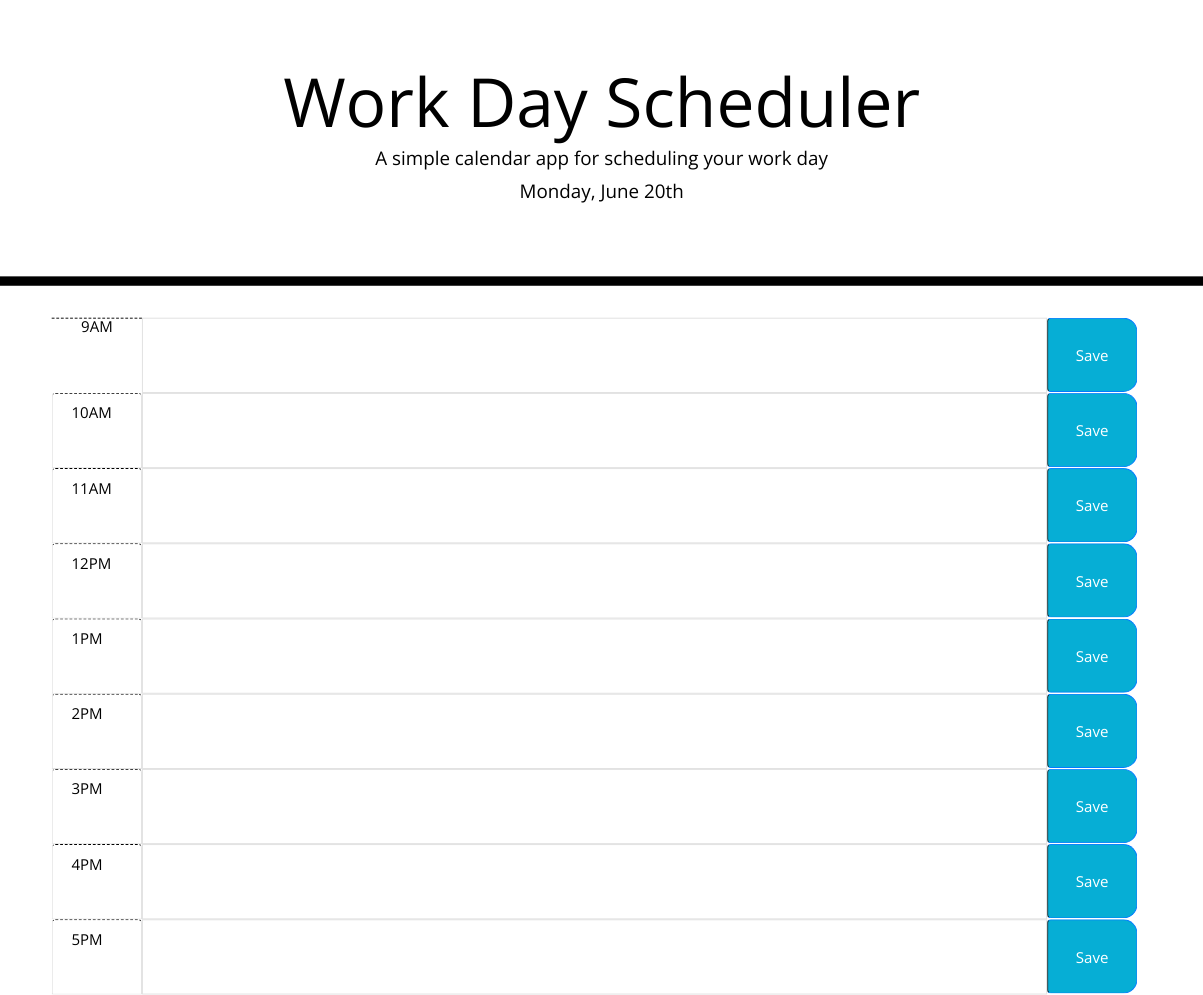
Repository: dtierney21/work-day-scheduler
Page: index.html
An editor plug-in stored every save of this project. The page is shown before and after the next save, followed by the edit.
The browser window is 1280 px wide. The pictures show the whole page, at 94% of full size.
Some web libraries are served in a nearby version.

Above is the page before, as saved 2022-06-28 14:24:34.

After the next save:
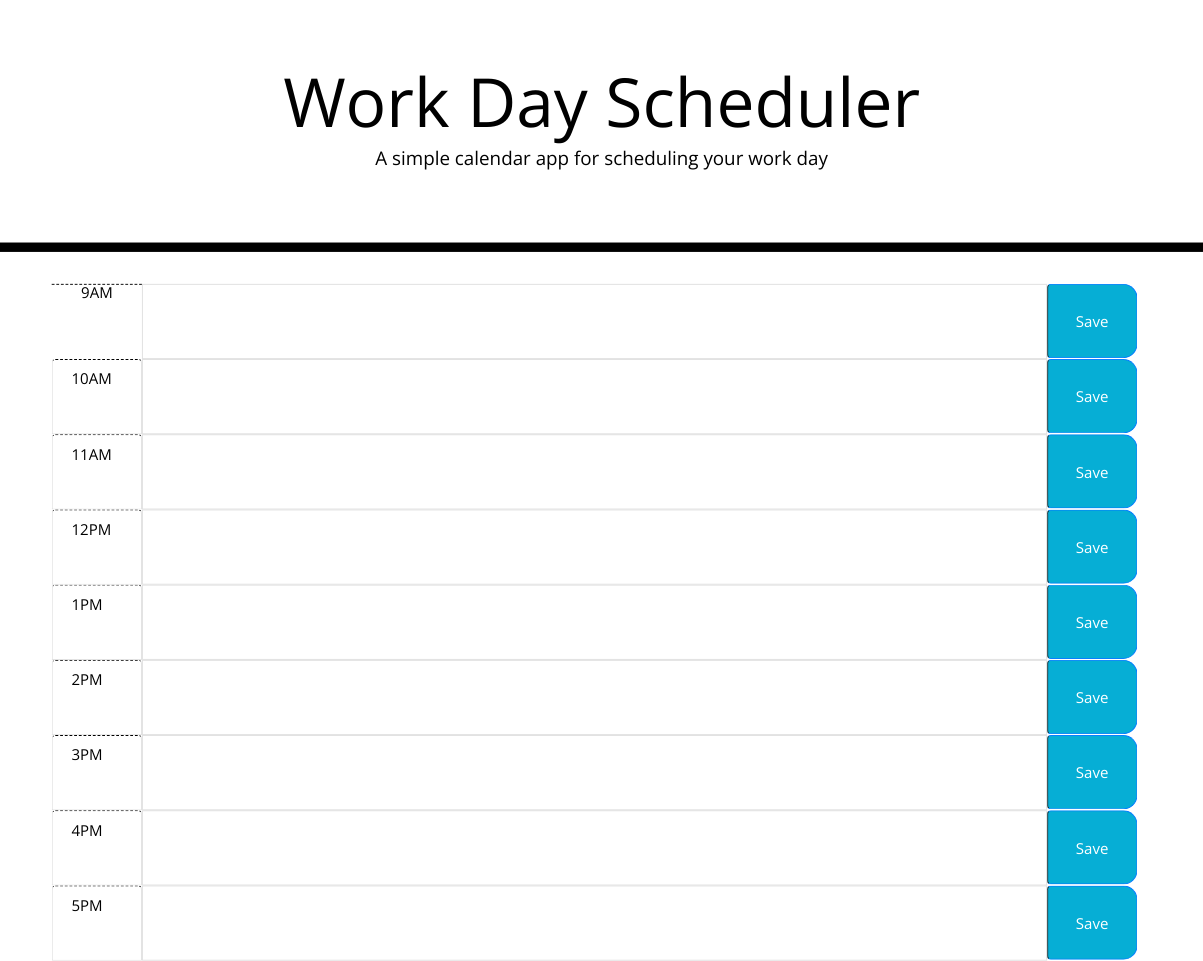
Console error: SyntaxError: Unexpected end of input
Saved 9 min 2 s later.
--- a/assets/js/script.js
+++ b/assets/js/script.js
@@ -1,8 +1,14 @@
 var now = moment();
 console.log(now);
+
+var currentHour = moment().format('HH');
+console.log(currentHour);
 
 var currentDayEl = $('#currentDay');
 var today = moment().format('dddd, MMMM Do');
 
 
 currentDayEl.text(today);
+
+
+var

After the save that followed:
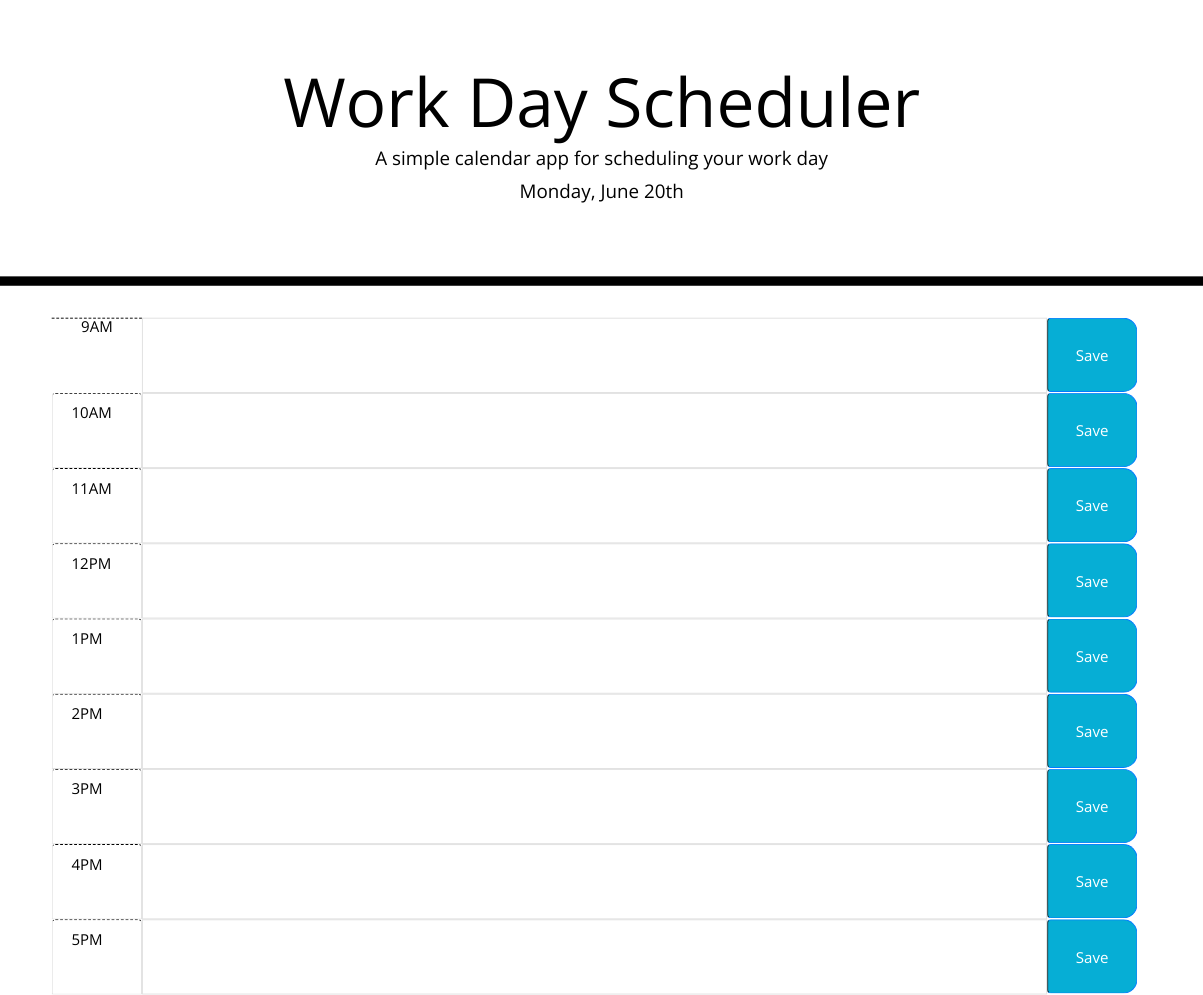
The error is gone.
Saved 13 s later.
--- a/assets/js/script.js
+++ b/assets/js/script.js
@@ -9,6 +9,3 @@
 
 
 currentDayEl.text(today);
-
-
-var
